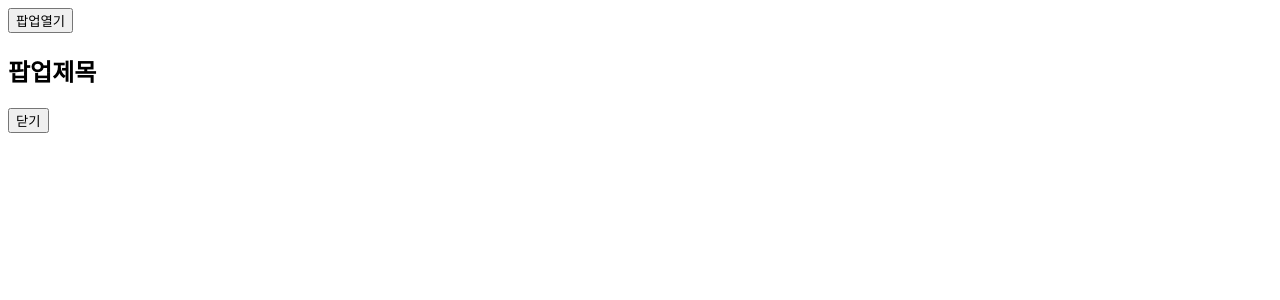
Repository: minagil/accessibility
Page: dialog.html
These files come from the project's save history. The page is drawn as it stood at one moment and after the next save; the edit follows.
The browser window is 1280 px wide. The pictures show the whole page.

Above is the page before, as saved 2023-08-13 08:04:45.

### dialog.html
<!DOCTYPE html>
<html lang="ko">
<head>
  <meta charset="UTF-8">
  <meta name="viewport" content="width=device-width, initial-scale=1.0">
  <title>Dialog</title>
</head>
<body>
  <button class="btn-open">팝업열기</button>
  <div class="dialog">
    <div class="dialog-wrap">
      <h2 class="dialog-title">팝업제목</h2>
      <button class="btn-close">
        닫기
      </button>
      <div class="di"
    </div>
  </div>
</body>
</html>

After the next save:
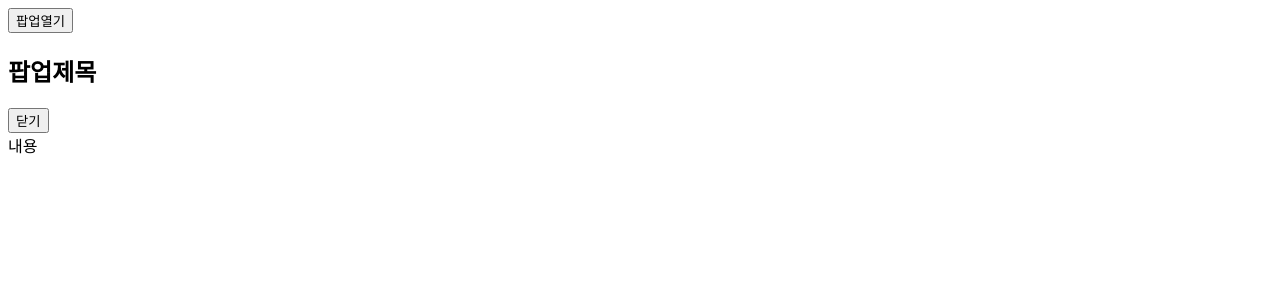
Saved 9 s later.
--- a/dialog.html
+++ b/dialog.html
@@ -13,7 +13,9 @@
       <button class="btn-close">
         닫기
       </button>
-      <div class="di"
+      <div class="dialog-content">
+        내용
+      </div>
     </div>
   </div>
 </body>
